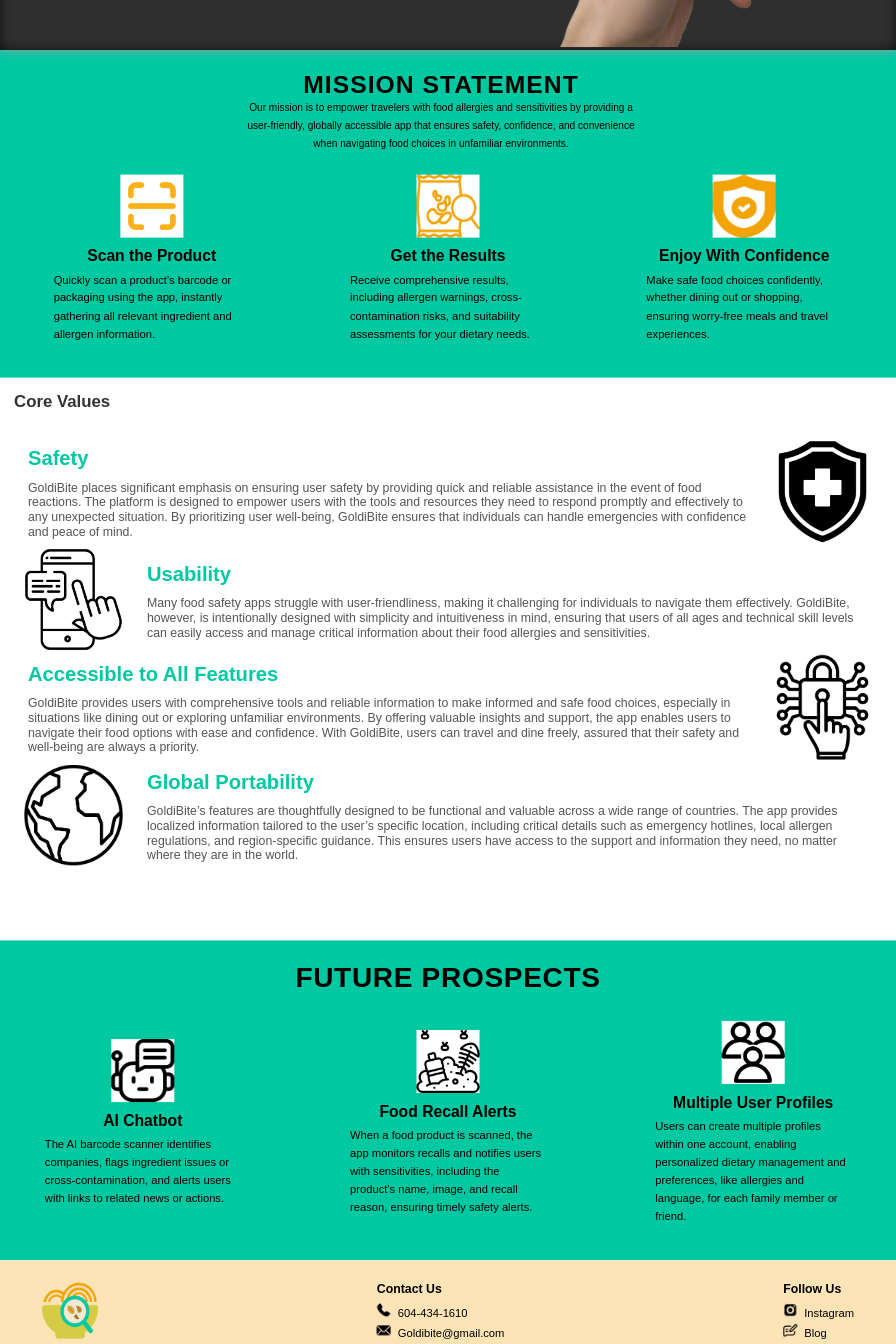
Repository: GavinPahal/landingpage
Page: /
An editor plug-in stored every save of this project. The page is shown before and after the next save, followed by the edit.
The browser window is 1280 px wide. The pictures show the part of the page from y = 648 to 2568 px (the page is 2598 px tall before and 2628 px after), at 70% of full size.
Pictures or frames that could not be fetched are drawn as grey boxes. The project was rebuilt for these pictures with package versions that can differ from the ones it lists, and the page was loaded fresh each time. The framework's server and built-in components were replaced by stand-ins that run in the browser. Also part of the build but not shown: next.config.mjs.

Above is the page before, as saved 2024-11-30 20:49:52.

After the next save:
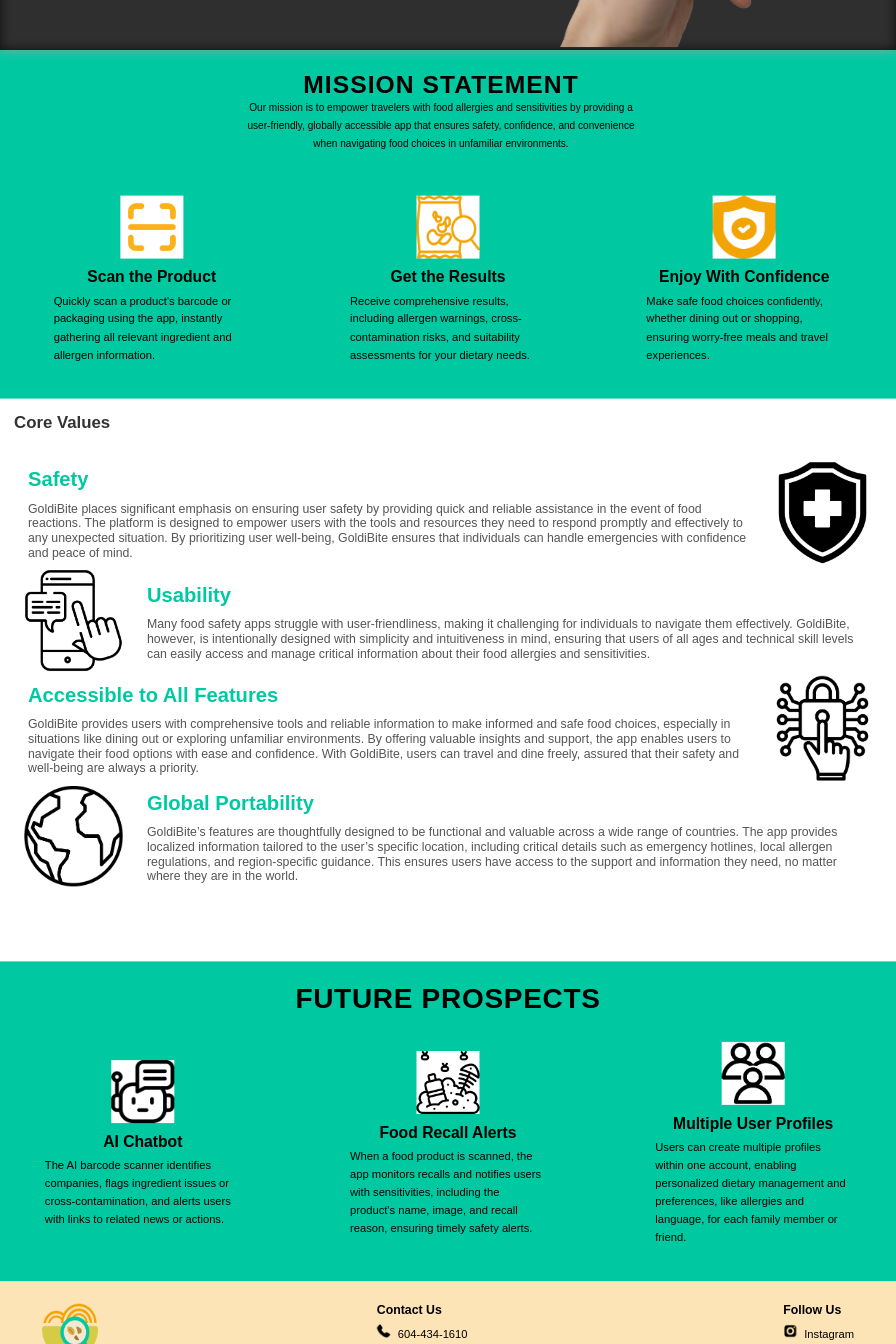
Saved 6 s later.
--- a/styles/globals.css
+++ b/styles/globals.css
@@ -183,7 +183,7 @@
   max-width: 600px;
   margin: 0 auto;
   margin-left: 20rem;
-  margin-bottom: 10px;
+  margin-bottom: 40px;
 }
 
 /* Features Section */
